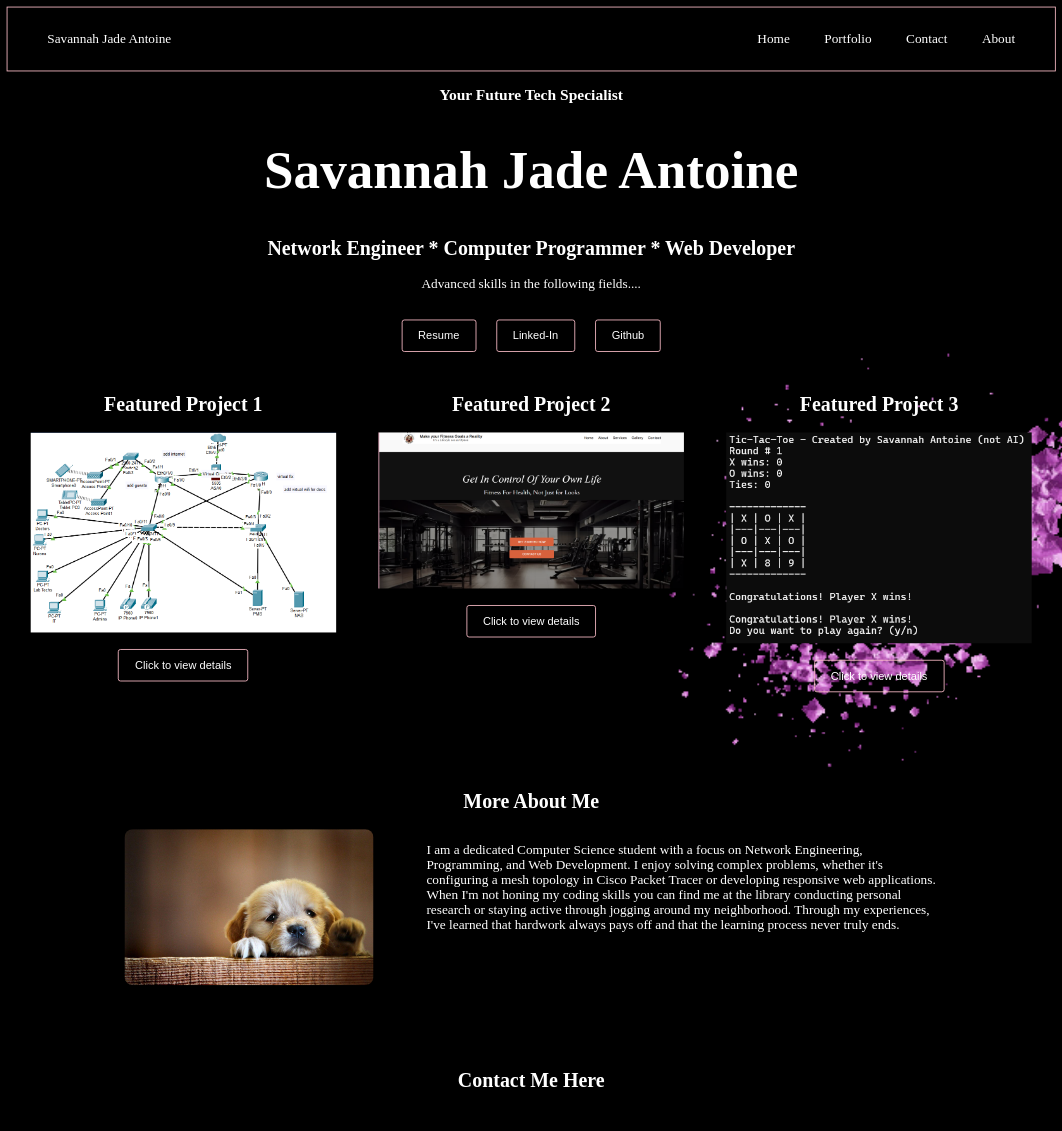
Repository: Savannah-Antoine/Savannah-Antoine
Page: index.html
The author's editor kept a copy of each file at every save. The page is drawn from the files as they stood at one save, then again after the next save.
The browser window is 1280 px wide. The pictures show the whole page, at 83% of full size.

Above is the page before, as saved 2026-05-15 14:48:36.

### index.html
<!DOCTYPE html>
<html lang="en">
<head>
    <meta charset="UTF-8">
    <meta name="viewport" content="width=device-width, initial-scale=1.0">
    <link rel = "stylesheet" href = "./styles/index.css" />
    <link rel = "stylesheet" href = "./styles/globals.css" />
    <title>Savannah Jade Antoine Portfolio</title>
</head>
<body>
<header>
    <nav>
        <ul class = "homeButton">
           <li><a href = "index.html">Savannah Jade Antoine</a></li>
        </ul>
        <ul class = "navigation">
  <li><a href="index.html">Home</a></li>
  <li><a href="#PortfolioSection">Portfolio</a></li>
  <li><a href="#ContactMe">Contact</a></li>
  <li><a href="#AboutMe">About</a></li>
</ul>

</nav>
<h3>Your Future Tech Specialist</h3>
<h1> Savannah Jade Antoine</h1>
<h2>Network Engineer * Computer Programmer * Web Developer</h2>
<p> Advanced skills in the following fields....</p>
<div class = "infoButtons">
<a href = "Savannah Jade Resume (1).pdf"><button>Resume</button></a>
<a href = "www.linkedin.com/in/savannah-antoine-ab0756390"><button>Linked-In</button></a>
<button>Github</button>
</div>

</header>
<main class = "container">
<section id = "PortfolioSection" class = "project-card">

<h2>Featured Project 1</h2>
<img src = "./assets/images/Project1.png" alt = "First Portfolio placeholder image" />
<p><a href = "./pages/project-name-1.html"><button>Click to view details</button></a>
</section>


<section class = "project-card">
<h2>Featured Project 2</h2>
<img src = "./assets/images/Project2.png" alt = "Second Portfolio placeholder image" />
<p><a href = "./pages/project-name-2.html"><button>Click to view details</button></a>
</section>
<section class = "project-card">
<h2>Featured Project 3</h2>
<img src = "./assets/images/Project3.png" alt = "Third Portfolio placeholder image" />
<p><a href = "./pages/project-name-3.html"><button>Click to view details</button></a>
</section>

<section id = "AboutMe">
<h2>More About Me</h2>
<div  class = "aboutMe"> <img src = "./assets/images/profilepic.jpg" alt = "profile picture" />

<p>I am a dedicated Computer Science student with a focus on Network Engineering, Programming, and Web Development.
I enjoy solving complex problems, whether it's configuring a mesh topology in Cisco Packet Tracer or developing responsive web applications.
When I'm not honing my coding skills you can find me at the library conducting personal research or staying active through jogging around my neighborhood.
Through my experiences, I've learned that hardwork always pays off and that the learning process never truly ends.
</P>
</div>
</section>

<section id = "ContactMe">
<h2>Contact Me Here</h2>

</section>



</main>

</body>
</html>

### styles/index.css
.container{
  display: flex;
    flex-direction: column;
    align-items: center;
    gap: 2rem;
    padding: 1.2rem;

}
#AboutMe{
  text-align: center;
  justify-content: center;


}
.aboutMe{
    display: flex;
    flex-direction: column;      /* Side-by-side */
    align-items: center;
    text-align: left;       /* Vertically centers image and text */
    gap: 2rem;
}


.navigation {
    display: grid;
    grid-template-columns: repeat(2, 1fr);
    gap: 0.6rem;
    text-align: right;
}


body h1{
    font-size: 2.5rem;

}

img{
    width: 100%;
    max-width: 400px;
    height: auto;
}

@media screen and (min-width: 768px)
{




    #AboutMe img {
        width: 300px;
        border-radius: 10px;
    }
   body h1 {
        font-size: 4rem;
    }
    .container {
        flex-direction: row;
        flex-wrap: wrap;
        align-items: flex-start;
        justify-content: space-around;
    }
    .project-card {
        width: 30%;
        min-width: 250px;
        text-align: center;
    }


    .navigation{
        display:flex;
    }

}


@media screen and (min-width: 1000px)
{
    .container {
        margin: 0 auto;
    }
    .aboutMe {
        flex-direction: row;
        justify-content: center;
        align-items: flex-start;
        text-align: left;
        gap: 4rem;

    }
    #AboutMe
    {
        padding: 50px 10%;
        text-align: center;
        align-items:center;
        justify-content: center;
      max-width: 1000px;
    }

}

### styles/globals.css
body {
    background-color: black;
  background-image: url(/assets/images/background-pic.gif);
  background-repeat: no-repeat;
  background-size: cover;
  color: white;
  font-size: 1rem;
  text-align: center;
}



.homeButton{
  order: -1;
  list-style-type: none;
  margin: 0;
  padding: 0;
  display: flex;
  justify-content: left;

}


nav {
    display: flex;
    justify-content: space-between;
    align-items: center;
    padding: 1rem 2rem;

    border: 0.1rem solid pink;
    cursor: pointer;


}



nav ul {
    display: flex;
    list-style: none;
    gap: 1rem;
    margin: 0;
    padding: 0;
}
button {
    padding: 0.7rem 1.2rem;
    background-color: transparent;
    color: white;
    border: 0.1rem solid pink;
    cursor: pointer;
    transition: all 0.3s ease;
    border-radius: 0.2rem;
    gap: 1rem;
}
button:hover {
    background-color: pink;
    color: rgb(31, 1, 31);
    transform: translateY(-3px);
    box-shadow: 0 0.3rem 1rem rgba(255, 255, 255, 0.3);
}

.infoButtons {
    display: flex;
    justify-content: center;
    gap: 1.5rem;
    margin-top: 1.4rem;
    min-width: 100px;
    padding: 0.7rem 0.9rem;
}

li a {
  display: block;
  color: white;
  padding: 0.8rem 1rem;
  text-decoration: none;
}

ul li a:hover {
 background-color: pink;
  color: rgb(31, 1, 31);
  box-shadow: 0 0.5rem 0.9rem rgba(255, 255, 255, 0.3)
}

h1{

  font-size: 4rem;
}

After the next save:
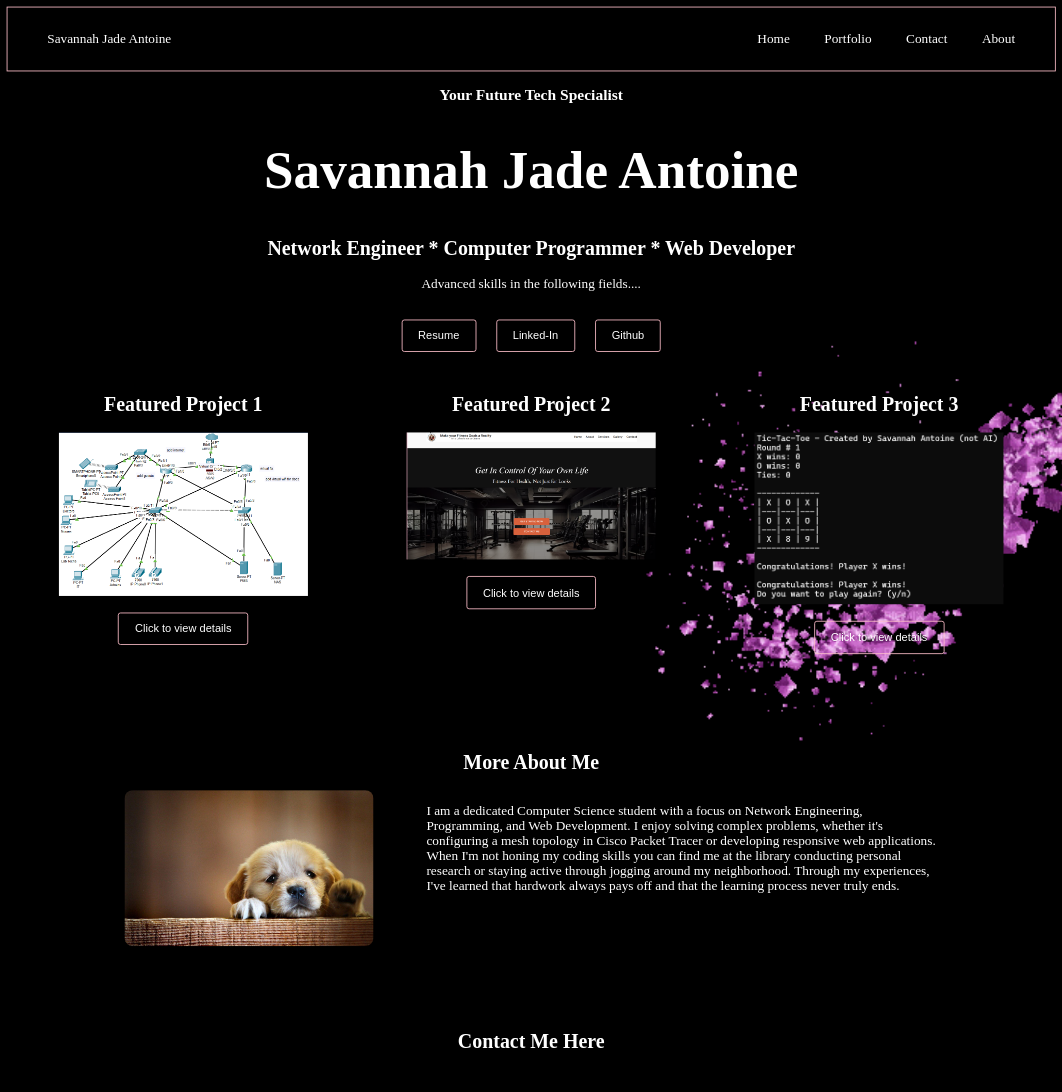
Saved 2 min 18 s later.
--- a/styles/index.css
+++ b/styles/index.css
@@ -61,8 +61,15 @@ img{
     }
     .project-card {
         width: 30%;
+        width:300px;
         min-width: 250px;
         text-align: center;
+    }
+    .project-card img{
+        width: 300px;
+        height: auto;
+
+
     }
 
 
